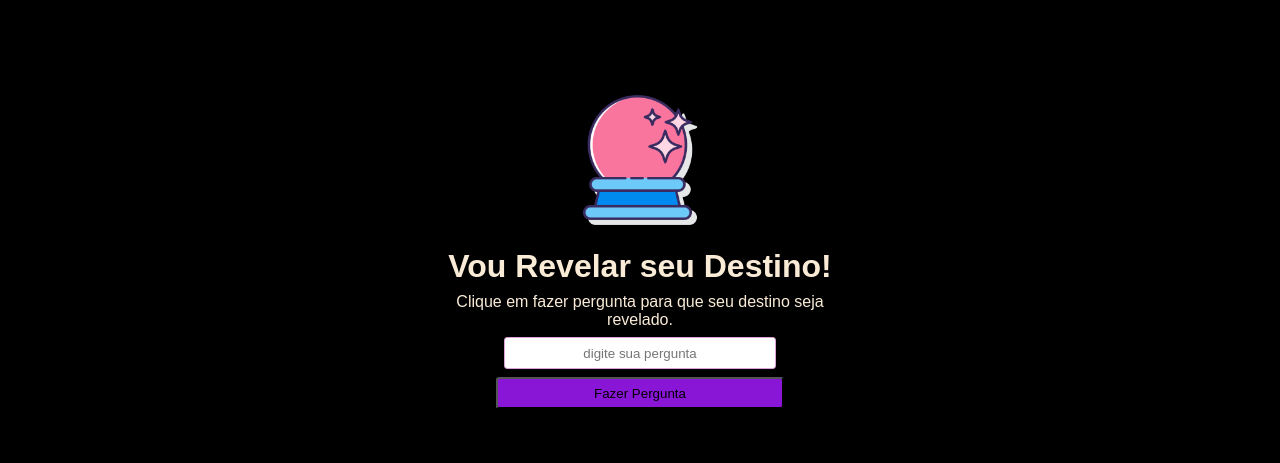
Repository: guilhermecardoso93/nlwexplorer
Page: index.html
These files come from the project's save history. The page is drawn as it stood at one moment and after the next save; the edit follows.
The browser window is 1280 px wide. The pictures show the whole page.

Above is the page before, as saved 2022-06-08 23:46:21.

After the next save:
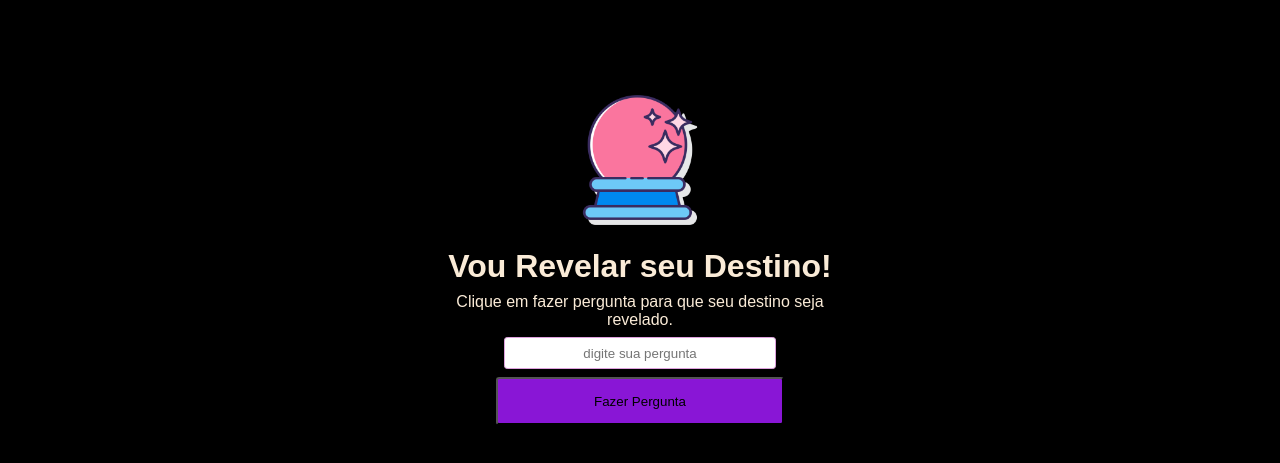
Saved 4 s later.
--- a/styles.css
+++ b/styles.css
@@ -41,7 +41,7 @@ body {
 
 button{
   width: 18rem;
-  height: 2rem;
+  height: 3rem;
   text-align: center;
   background-color: rgb(137, 22, 214);
   border-radius: 0.2rem;
